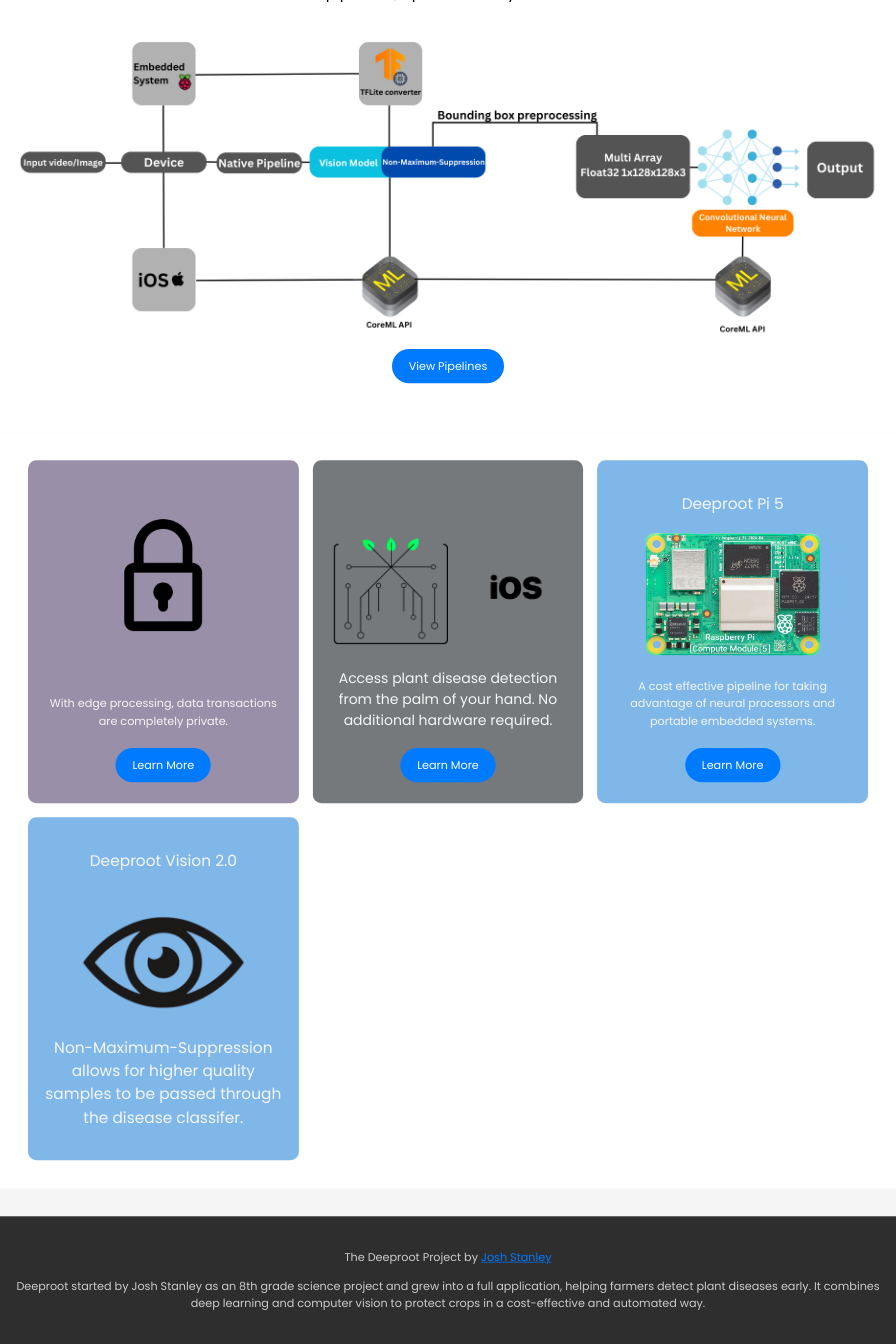
Repository: jss1118/The-Deeproot-Project
Page: Website/index.html
The author's editor kept a copy of each file at every save. The page is drawn from the files as they stood at one save, then again after the next save.
The browser window is 1280 px wide. The pictures show the part of the page from y = 1292 to 3212 px (the page is 3212 px tall), at 70% of full size.

Above is the page before, as saved 2025-03-22 06:27:45.

### Website/index.html
<!DOCTYPE html>
<html lang="en">

<head>
  <meta charset="UTF-8">
  <meta name="viewport" content="width=device-width, initial-scale=1.0">
  <title>Deeproot A.I</title>
  <link href="https://fonts.googleapis.com/css2?family=Poppins:wght@400;600&display=swap" rel="stylesheet">
  <style>
    body {
      margin: 0;
      font-family: 'Poppins', sans-serif;
      overflow-x: hidden;
      background-color: #f5f5f5;
    }

    nav {
      background: rgba(22, 22, 22, 0.9);
      position: sticky;
      top: 0;
      width: 100%;
      z-index: 1000;
      display: flex;
      justify-content: center;
    }

    .navlinks {
      list-style: none;
      display: flex;
      gap: 30px;
      padding: 15px;
      margin: 0;
    }

    .navlink, .navicon svg {
      color: #d3d3d3;
      text-decoration: none;
      transition: color 0.3s;
    }

    .navlink:hover, .mainpagelink a:hover {
      color: white;
    }

    .mainpage2, .mainpage3, .mainpage4 {
      padding: 60px 20px;
      text-align: center;
    }

    .mainpage2 {
      background: linear-gradient(135deg, #2e2e2e, #4f4f4f);
      color: white;
    }

    .mainpage2 img, .mainpage3 img, .promo1 img {
      max-width: 100%;
      height: auto;

    }

    .mp2-title1 {
      font-size: 56px;
      font-weight: 600;
      margin-bottom: 15px;
    }

    .mp2-desc, .mp3desc, .titlefont {
      font-size: 22px;
      margin-bottom: 25px;
    }
    .promo4title {
      font-size: 22px;
      margin-bottom: 5px;
      position: relative;
      bottom: 67px;
    }
    .mainpagelink a {
      display: inline-block;
      margin: 10px;
      padding: 12px 24px;
      background: #007aff;
      color: white;
      border-radius: 25px;
      text-decoration: none;
      transition: background 0.3s;
    }

    .mainpage3 {
      background: white;
    }

    .mainpage3 img {
      margin-top: 20px;
      border-radius: 12px;
    }

    .mainpage4 {
      display: grid;
      grid-template-columns: repeat(auto-fit, minmax(300px, 1fr));
      gap: 20px;
      background-color: white;
      padding: 40px;
    }

    .promo1, .promo2, .promo3, .promo4, .promo5, .promo6 {
      background-size: cover;
      background-position: center;
      height: 450px;
      display: flex;
      flex-direction: column;
      justify-content: flex-end;
      padding: 20px;
      color: white;
      border-radius: 12px;
      position: relative;
    }

    .promo1 img, .promo2 img, .promo3 img, .promo4 img, .promo5 img, .promo6 img {
      margin-bottom: 10px;
    }

    .promo1 {
      background-color: #9a8fa8;
      color: #f5f5f5;
    }
    .promo2 {
      background-color: #75797c;
      color: #f5f5f5;
      background-size: cover;
      background-position: center;
      height: 450px;
      display: flex;
      flex-direction: column;
      justify-content: flex-end;
      padding: 20px;
      border-radius: 12px;
      position: relative;
    }
    .promo2 p {
      font-size: 20px;
      margin-bottom: 15px;
    }

    .promo3 {
      background-color: #7fb8e8;
      color: #f5f5f5;
      background-size: cover;
      background-position: center;
      height: 450px;
      display: flex;
      flex-direction: column;
      justify-content: flex-end;
      padding: 20px;
      border-radius: 12px;
      position: relative;
    }
    .promo4 {
      background-color: #7fb8e8;
      color: #f5f5f5;
      background-size: cover;
      background-position: center;
      height: 450px;
      display: flex;
      flex-direction: column;
      justify-content: flex-end;
      padding: 20px;
      border-radius: 12px;
      position: relative;

    }
    .promo1 img {
      width: 160px;
      height: auto;
      margin: 0 auto 15px auto;
      display: block;
      background: none;
      position: relative;
      bottom: 60px;
    }

    .promo2 img {
      width: 360px;
      height: 400px;
      margin: 0 auto 15px auto;
      display: block;
      border-radius: 10px;

      position: relative;
      top: 100px;
    }
    .promo3 img {
      width: 250px;
      height: 175px;
      margin: 0 auto 15px auto;
      display: block;
      border-radius: 10px;

      position: relative;

    }
    .promo4 img {
      position: relative;
      top: 100px;
    }
    .promo4title {
      position: relative;
      top: 150px;
    }


    footer {
      background-color: #2e2e2e;
      color: #ccc;
      text-align: center;
      padding: 30px 20px;
      margin-top: 40px;
    }

    footer a {
      color: #007aff;
      text-decoration: underline;
    }

    @media (max-width: 768px) {
      .mp2-title1 { font-size: 40px; }
      .mp2-desc, .mp3desc { font-size: 18px; }
      .mainpagelink a { padding: 10px 20px; }
    }
  </style>
</head>

<body>
  <nav>
    <ul class="navlinks">
      <li><a class="navlink" href="/">iOS</a></li>
      <li><a class="navlink" href="/applestore">Raspberry Pi 5</a></li>
      <li><a class="navlink" href="/">Native</a></li>
      <li><a class="navlink" href="/">State-of-the-art Models</a></li>
      <li><a class="navlink" href="/">Developers</a></li>
    </ul>
  </nav>

  <section class="mainpage2">
    <h1 class="mp2-title1">Deeproot</h1>
    <p class="mp2-desc">Portable. Fast. Secure.</p>
    <p class="mp2-desc">The all-in-one automated solution for early plant disease detection.</p>
    <div class="mainpagelink"><a href="#">Learn More</a></div>
    <img src="wide logo.png" alt="Deeproot Logo">
  </section>

  <section class="mainpage3">
    <p class="mp3desc">Three pipelines, optimized for your use case.</p>
    <img src="newgraph.png" alt="Machine Learning Pipelines">
    <div class="mainpagelink"><a href="#">View Pipelines</a></div>
  </section>

  <section class="mainpage4">
    <div class="promo1">
      <img src="lock.fill.png" alt="Promo icon">
      <p>With edge processing, data transactions are completely private. </p>
      <div class="mainpagelink"><a href="#">Learn More</a></div>
    </div>
    <div class="promo2">
      <img src="deeprootios.png" alt="ios icon">
      <p>Access plant disease detection from the palm of your hand. No additional hardware required.</p>
      <div class="mainpagelink"><a href="#">Learn More</a></div>
    </div>



    <div class="promo3">
      <p class="titlefont">Deeproot Pi 5</p>
      <img src="piembedded.png" alt="Raspberry pi embedded">
      <p>A cost effective pipeline for taking advantage of neural processors and portable embedded systems.</p>
      <div class="mainpagelink"><a href="#">Learn More</a></div>
    </div>
    <div class="promo4">
      <p class="promo4title">Deeproot Vision 2.0</p>
      <img src="eye.png" alt="eye image">
      <p class="mp3desc">Non-Maximum-Suppression allows for higher quality samples to be passed through the disease classifer.</p>
    </div>
    <div class="promo5"></div>
    <div class="promo6"></div>
  </section>

  <footer>
    <p>The Deeproot Project by <a href="https://github.com/jss1118/Deeproot-AI">Josh Stanley</a></p>
    <p>Deeproot started by Josh Stanley as an 8th grade science project and grew into a full application, helping farmers detect plant diseases early. It combines deep learning and computer vision to protect crops in a cost-effective and automated way.</p>
  </footer>
</body>
</html>

After the next save:
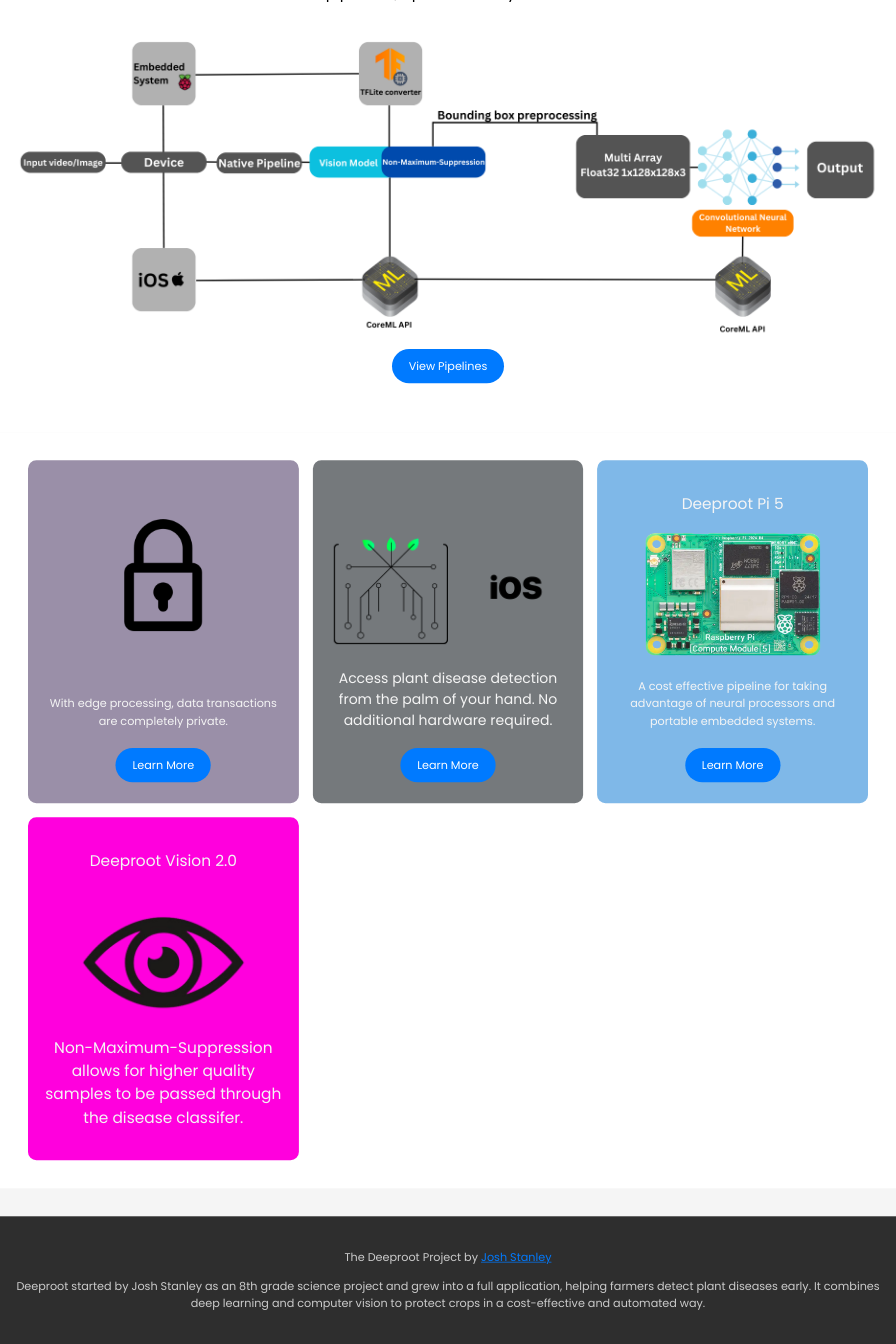
Saved 2 min 49 s later.
--- a/Website/index.html
+++ b/Website/index.html
@@ -155,7 +155,7 @@
       position: relative;
     }
     .promo4 {
-      background-color: #7fb8e8;
+      background-color: #ff00dd;
       color: #f5f5f5;
       background-size: cover;
       background-position: center;
